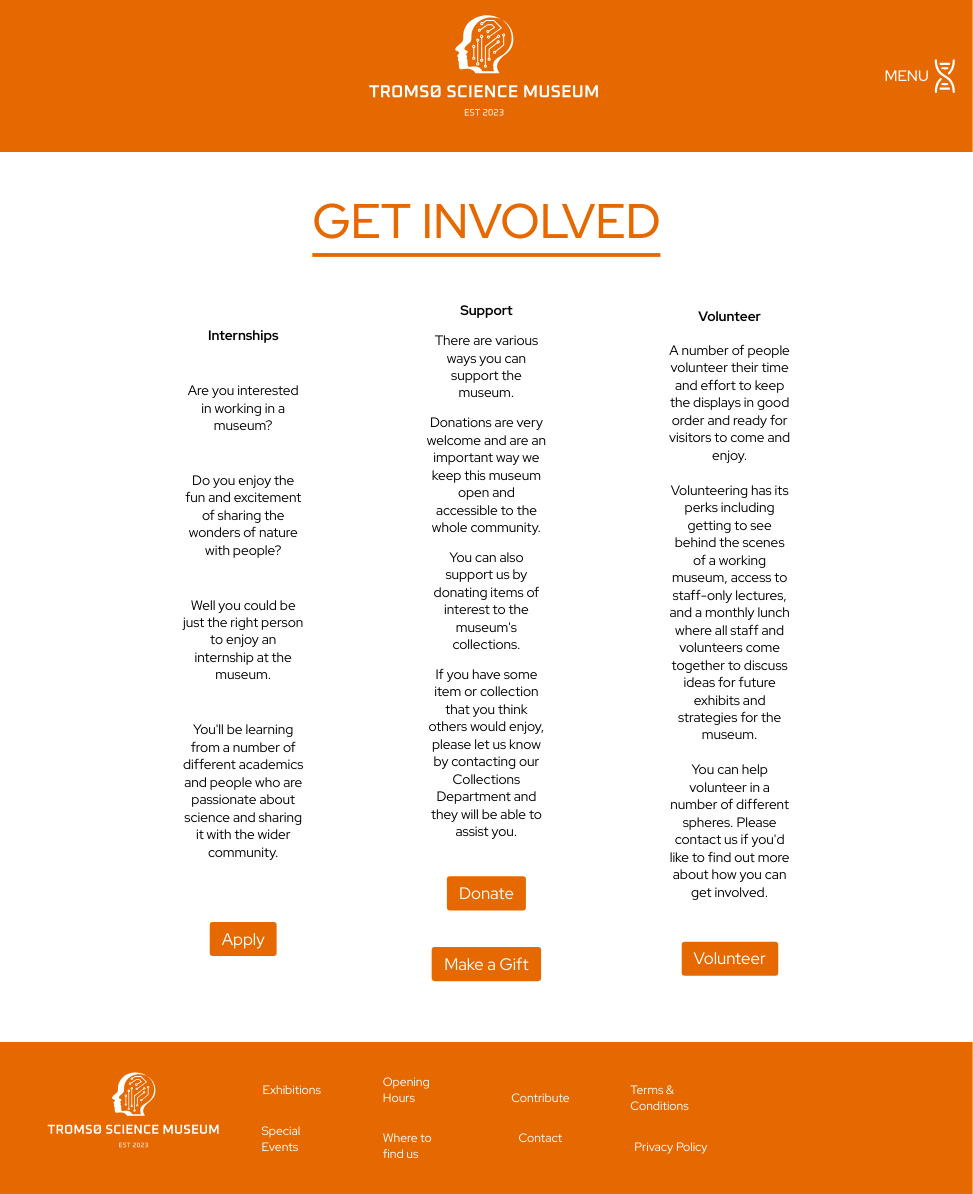
Repository: benjaminskarding/Semester-Project
Page: contribute.html
These files come from the project's save history. The page is drawn as it stood at one moment and after the next save; the edit follows.
The browser window is 1280 px wide. The pictures show the whole page, at 76% of full size.

Above is the page before, as saved 2023-12-19 12:19:46.

### contribute.html
<!DOCTYPE html>
<html lang="en">
<head>
    <meta charset="UTF-8">
    <meta name="viewport" content="width=device-width, initial-scale=1.0">
    <meta name="description" content="Contribute to our community or projects. Find out how to submit content, donate, or participate in our collaborative efforts. Your support is valued and makes a difference.">
    <link rel="stylesheet" href="src/css/contribute.css">
    <link rel="icon" type="image/png" sizes="32x32" href="assets/images/favicon/favicon-32x32.png">
    <link rel="icon" type="image/png" sizes="16x16" href="assets/images/favicon/favicon-16x16.png">
    <link rel="preconnect" href="https://fonts.googleapis.com">
    <link rel="preconnect" href="https://fonts.gstatic.com" crossorigin>
    <link href="https://fonts.googleapis.com/css2?family=Red+Hat+Display:wght@300;400;500;600;700;800&display=swap" rel="stylesheet">
    <title>Contact Us</title>
</head>
<body>
  <div class="page-container">
    <header class="header-collection">
        <div class="header-wrapper">
            <nav class="header-main-nav">
                <div class="header-nav-left-placeholder"></div>
                <div class="header-nav-center-logo">
                    <a href="index.html" aria-label="Go to homepage">
                        <img class="logo" src="assets/images/logo/whitelogo.svg" alt="company logo">
                    </a>
                </div>
                <div class="header-nav-right">
                    <label for="menuToggle" class="menu-button" aria-label="Open Menu"> <!--toggles overlay-->
                        <span class="white">MENU</span>
                        <img src="assets/images/icons/helix.svg" class="menuIcon" alt="navigation menu icon">
                    </label>
                </div>
            </nav>
        </div>
        <!--Overlay-->
        <input type="checkbox" id="menuToggle" class="menu-toggle-checkbox" style="display: none;">
        <div class="hamburger-overlay-2" id="menuOverlay" aria-label="Menu overlay">
            <div class="overlay-header">
                <h3 class="medium underline cU-white">Menu</h3>
                <label for="menuToggle" class="overlay-close-btn" aria-label="Close menu">&times;</label>
            </div>
            <div class="overlayOptionsContainer">
                <a href="index.html">
                <h6 class="menu-item">Home</h6>
                </a>
                <a href="exhibitions.html">
                <h6 class="menu-item">Exhibitions</h6>
                </a>
                <a href="exhibitions.html#specEvents">
                <h6 class="menu-item">Special Events</h6>
                </a>
                <a href="contribute.html">
                <h6 class="menu-item">Contribute to the Museum</h6>
                </a>
                <a href="contact.html">
                <h6 class="menu-item">Contact</h6>
                </a>
                <a href="terms_conditions.html">
                <h6 class="menu-item">Terms & Conditions</h6>
                </a>
                <a href="privacy_policy.html">
                <h6 class="menu-item">Privacy Policy</h6>
                </a>
            </div>
            <div class="overlayLogoContainer">
                <img src="assets/images/logo/whitelogo.svg" class="overlayLogo" alt="company logo in hamburger overlay">
            </div>
        </div>
    </header>

    <div class="main-grid">
        <div class="title">
          <h2 class="orange underline">GET INVOLVED</h2>
        </div>
        <div class="main-content">
            <div class="leftCol">
              <p class="bold">Internships</p>
              <p>Are you interested in working in a museum?</p>
              <p>Do you enjoy the fun and excitement of sharing the wonders of nature with people?</p>
              <p>Well you could be just the right person to enjoy an internship at the museum.</p>
              <p>You'll be learning from a number of different academics and people who are passionate about science and sharing it with the wider community.</p>
              <div class="button-container">
                <button>Apply</button>
              </div>
            </div>
            <div class="centCol">
              <p class="bold">Support</p>
              <p>There are various ways you can support the museum.</p>
              <p>Donations are very welcome and are an important way we keep this museum open and accessible to the whole community.</p>
              <p>You can also support us by donating items of interest to the museum's collections.</p>
              <p>If you have some item or collection that you think others would enjoy, please let us know by contacting our Collections Department and they will be able to assist you.</p>
              <div class="button-container">
                <button>Donate</button>
                <button>Make a Gift</button>
              </div>
            </div>
            <div class="rightCol">
              <p class="bold">Volunteer</p>
              <p>A number of people volunteer their time and effort to keep the displays in good order and ready for visitors to come and enjoy.</p>
              <p>Volunteering has its perks including getting to see behind the scenes of a working museum, access to staff-only lectures, and a monthly lunch where all staff and volunteers come together to discuss ideas for future exhibits and strategies for the museum.</p>
              <p>You can help volunteer in a number of different spheres. Please contact us if you'd like to find out more about how you can get involved.</p>
              <div class="button-container">
                <button>Volunteer</button>
              </div>
            </div>
        </div>
    </div>

    <footer id=desktop-footer class="footer">
      <div class="footer-container">
          <div class="footer-left-container">
            <a href="index.html"  aria-label="Back to homepage">
              <img src="assets/images/logo/whitelogo.svg" class="footer-logo" alt="company logo in footer">
            </a>
          </div>
          <div class="footer-center-container">
              <div class="footer-column-1">
                  <a href="exhibitions.html" class="footer-titles">Exhibitions</a>
                  <a href="exhibitions.html#specEvents" class="footer-titles">Special Events</a>
              </div>
              <div class="footer-column-2">
                  <a href="index.html#visit" class="footer-titles">Opening Hours</a>
                  <a href="index.html#visit" class="footer-titles">Where to find us</a>
              </div>
              <div class="footer-column-3">
                  <a href="contribute.html" class="footer-titles">Contribute</a>
                  <a href="contact.html" class="footer-titles">Contact</a>
              </div>
              <div class="footer-column-4">
                  <a href="terms_conditions.html" class="footer-titles">Terms & Conditions</a>
                  <a href="privacy_policy.html" class="footer-titles">Privacy Policy</a>
              </div>
          </div>
          <div class="footer-right-container-placeholder"></div>
      </div>
    </footer>
  </div>
</body>
</html>

### src/css/contribute.css
@import url(common.css);
@import url(_reset.css);
@import url(_variables.css);
@import url(hamburger-overlay-2.css);

.main-grid {
    display: grid;
    grid-gap: 3rem;
    margin: 0 15rem 0 15rem;
    grid-template-columns: auto;
    grid-template-rows: min-content auto;
    grid-template-areas:
        "title"
        "main-content";
}

.main-content { grid-area: main-content }
.title { grid-area: title}

.title {
    display: flex;
    justify-content: center;
    margin-top: 3rem;
}

.main-content {
    display: flex;
    justify-content: space-between;
}

.leftCol,
.rightCol {
    flex: 1;
    display: flex;
    flex-direction: column;
    justify-content: space-evenly;
    text-align: center;
    max-width: 20%;
}

.leftCol p,
.rightCol p,
.centCol p {
    margin-top: 1rem;
}

.centCol {
    text-align: center;
    max-width: 20%;
}

.leftCol .button-container,
.rightCol .button-container {
    margin-top: 0rem;
    width: 100%;
}


button {
    padding: 0.5rem 1rem;
    background-color: var(--color-secondary);
    font-size: 1.375rem;
    font-family: var(--font-primary);
    color: white;
    border: none;
    border-radius: 0.25rem;
    cursor: pointer;
    margin-top: 3rem;
}


@media (max-width: 665px) {

    .main-grid {
        display: grid;
        margin: 0 1rem 5rem;
        grid-gap: 3rem;
        grid-template-columns: auto;
        grid-template-rows: auto;
        grid-template-areas:
            "main-content"
    }

    .main-content,
    .title-bar {
        align-items: center;
        text-align: center;
    }

    .title-bar h3 {
        margin: 0 1rem;
        font-size: 3rem;
    }

    .bpHide-3 {
        display: none;
    }

    label[for="menuToggle"] {
        display: none;
    }
    label[for="menuToggle2"] {
        display: block;
    }

    .hamburger-overlay-2 {
        display: block;
        width: 100%;
    }

}

### src/css/common.css
body, html {
    min-height: 100vh;
    width: 100%;
    margin: 0;
    overflow-x: hidden;
}

a {
    text-decoration: none;
    cursor: pointer;
    color: inherit;
}

.page-container {      /* fjern? */
    display: grid;
    grid-template-rows: auto 1fr auto;
    min-height: 100vh;
}

.underline {
    position: relative;
    display: inline-block;
}

.underline::after {
    content: '';
    position: absolute;
    left: 0;
    bottom: -5px;
    width: 100%;
    height: 5px;
    background-color: #E66800;
}

.cU-white::after {
    background-color: white;
}

input:focus,
textarea:focus,
select:focus,
button:focus {
outline: none;
}

/* Common header. [Landing page has specific styles for header] */

.header-collection {
    background-color: var(--color-secondary);
    height: 200px;
}

.header-wrapper {
    margin-left: 1rem;
    margin-right: 1rem;
    height: 200px;
}

.header-main-nav {
    display: flex;
    justify-content: space-between;
    align-items: center;
    width: 100%;
    height: 200px;
}

.header-nav-left-placeholder {
    flex: 1;
    display: flex;
    align-items: center;
}

.header-nav-right {
    flex: 1;
    display: flex;
    justify-content: flex-end;
    font-size: 1.25rem;
    font-weight: var(--font-weight-medium);
}

/* Footer */


.footer{
    background-color: var(--color-secondary);
    height: 200px;
    display: flex;
    margin-top: 5rem;
}

.footer-container {
    display: flex;
    align-items: center;
    justify-content: space-between;
    margin-left: 3rem;
    margin-right: 3rem;
    width: 100%;
}

.footer-left-container,
.footer-right-container-placeholder {
    flex: 1;
}

.footer-center-container {
    display: flex;
    justify-content: center;
    align-items: center;
    flex: 2;
    gap: 5rem;
}

.footer-column-1,
.footer-column-2,
.footer-column-3,
.footer-column-4 {
    display: flex;
    flex-direction: column;
    align-items: center;
}

.footer-logo {
    height: 150px;
}

.footer-titles {
    display: flex;
    margin-bottom: 1rem;
    margin-top: 1rem;
    color: white;
}

/* Main content */

.title-bar {
    display: grid;
    grid-gap: 2rem;
    grid-template-columns: auto;
    grid-template-rows: auto;
    align-items: center;
    height: 150px;
    width: 100%;
    background-color: var(--color-secondary);
}

.title-bar h3 {
    margin-left: 3rem;
}

.sidebar {
    display: flex;
    flex-direction: column;
    align-items: center;
    position: relative;
    background-color: #E66800;
    height: 100%;
}

/* Overlay 1 */

.hamburger-overlay {
    position: absolute;
    display: flex;
    flex-direction: column;
    justify-content: flex-start;
    top: 0;
    right: 0;
    bottom: 0;
    left: 0;
    background-color: transparent;
    z-index: 1000;
    visibility: hidden;
    transform: translateX(100%);
    transition: transform 0.3s;

}

.menu-button {
    display: flex;
    align-items: center;
    cursor: pointer;
}

.menu-toggle-checkbox:checked ~ .sidebar .hamburger-overlay {  /* Checkbox hack */
    visibility: visible;
    transform: translateX(0);
}

.overlay-header {
    display: flex;
    justify-content: space-between;
    margin-left: 1rem;
}

.overlayOptionsContainer {
    height: 100%;
}

.menu-item {
    margin: 2rem 1rem;
    color: white;
}

.overlayLogoContainer {
    display: flex;
    justify-content: center;
}

.overlayLogo {
    width: 50%;
    max-height: 200px;
}

.overlay-close-btn {
    padding-top: 1rem;
    margin-right: 1rem;
    color: white;
    font-size: 2rem;
    background: none;
    border: none;
    cursor: pointer;
}

/* Special Events Section */

.specEvents {
    display: flex;
    flex-direction: column;
}

.specContent {
    text-align: center;
    margin-top: 5rem;
}

.specEventTitle  {
    margin-bottom: 5rem;
}

/* Special Events Dropdown Arrow */

.arrow {
    transition: transform 0.3s ease;
    width: 36px;
    height: 36px;
    vertical-align: middle;
    display: inline-block;
}

.toggle {
    display: none;
}

.toggle-label {
    cursor: pointer;
    display: inline-block;
    padding: 1rem;
    color: inherit;
    vertical-align: middle;
    color: var(--color-secondary);
    font-size: 2.25rem;
}

.toggle:checked + .toggle-label .arrow {
    transform: rotate(180deg);
}

/* Special Events Dropdown Content */

.content {
    display: none;
    padding: 1rem;
}

.toggle:checked ~ .content {
    display: block;
}

.specEventMainText {
    font-size: 3.625rem;
}



/* Media Queries */

#mobileFooter {
    display: none;
}


@media (max-width: 1502px) {
    .bpCommonHide1 {
        display: none;
    }
}

@media (max-width: 1020px) {
    .bpHide-2 {
        display: none;
    }

    .overlay-header h3 {
        font-size: 2.25rem;
    }

    .overlayLogo {
        width: 75%;
    }

    .menuIcon {
        height: 45px;
    }
}

@media (max-width: 800px) {

    #desktopFooter {
        display: none;
    }
    #mobileFooter {
        display: flex;
    }

    .footer-center-container {
        display: flex;
        justify-content: center;
        align-items: center;
        flex-wrap: wrap;
        gap: 5rem;
        margin-left: auto;
        margin-right: auto;
        width: 100%;
    }

    .footer-titles {
        display: flex;
        margin-bottom: 0.5rem;
        margin-top: 0.5rem;
        color: white;
    }

}


@media (max-width: 665px) {
    .logo {
        height: 150px;
    }
}

@media (max-width: 632px) {

    .footer-center-container {
        gap: 1rem;
    }
}

@media (max-width: 370px) {

}

### src/css/_reset.css
*, *:before, *:after {
    box-sizing: inherit;
  }

  body {
    box-sizing: border-box;
    min-height: 100vh;
    margin: 0;
  }

### src/css/_variables.css
:root{
    --color-primary: white;
    --color-secondary: #E66800;

    --font-primary: 'Red Hat Display', sans-serif;
    --font-size: 16px;
    --font-weight-regular: 400;
    --font-weight-medium: 500;
    --font-weight-semibold: 600;
    --font-weight-bold: 700;
}

/* Font Related */

.medium {
    font-weight: 500
}

.regular {
    font-weight: 400;
}

.semibold {
    font-weight: 600;
}

strong, .bold {
    font-weight: var(--font-weight-bold)
}

body {
    font-family: var(--font-primary)
}


h1,h2,h3,h4 {
    color: var(--color-primary)
}

h1,h2,h3,h4,h5,h6,p {
    font-family: var(--font-primary);
    margin: 0;
    padding: 0;
}

h1 {
    font-size: 6rem; /* 96px */
}

h2 {
    font-size: 4rem; /* 64px */
    font-weight: var(--font-weight-medium);
}

h3 {
    font-size: 3.625rem;  /* 58px */
}

h4 {
    font-size: 3rem; /* 48px*/
}

h5 {
    font-size: 2.25rem; /*36px*/
    font-weight: var(--font-weight-medium)
}

h6 {
    font-size: 1.375rem; /*22px*/
    font-weight: var(--font-weight-medium);
}


p {
    font-size: 1.125rem;    /* 18px */
}

/* Styling / Misc Variables */

.white {
    color:white;
}

.orange {
    color: var(--color-secondary)
}

.lastpar {
    margin-bottom: 2rem;
}

.nowrap {
    white-space: nowrap;
}

### src/css/hamburger-overlay-2.css
/* Hamburger overlay 2 */

.hamburger-overlay-2 {
    position: fixed;
    top: 0;
    right: 0;
    height: 100%;
    width: 33%;
    background-color: var(--color-secondary);
    transform: translateX(100%);
    transition: transform 0.3s;
    display: flex;
    flex-direction: column;
    z-index: 1000;
}

.menu-toggle-checkbox:checked ~ .hamburger-overlay-2 {
    transform: translateX(0);
}

.overlay-header {
    margin-top: 3rem;
}

.overlayLogoContainer {
    display: flex;
    flex-direction: column;
    justify-content: flex-end;
    align-items: center;
}

After the next save:
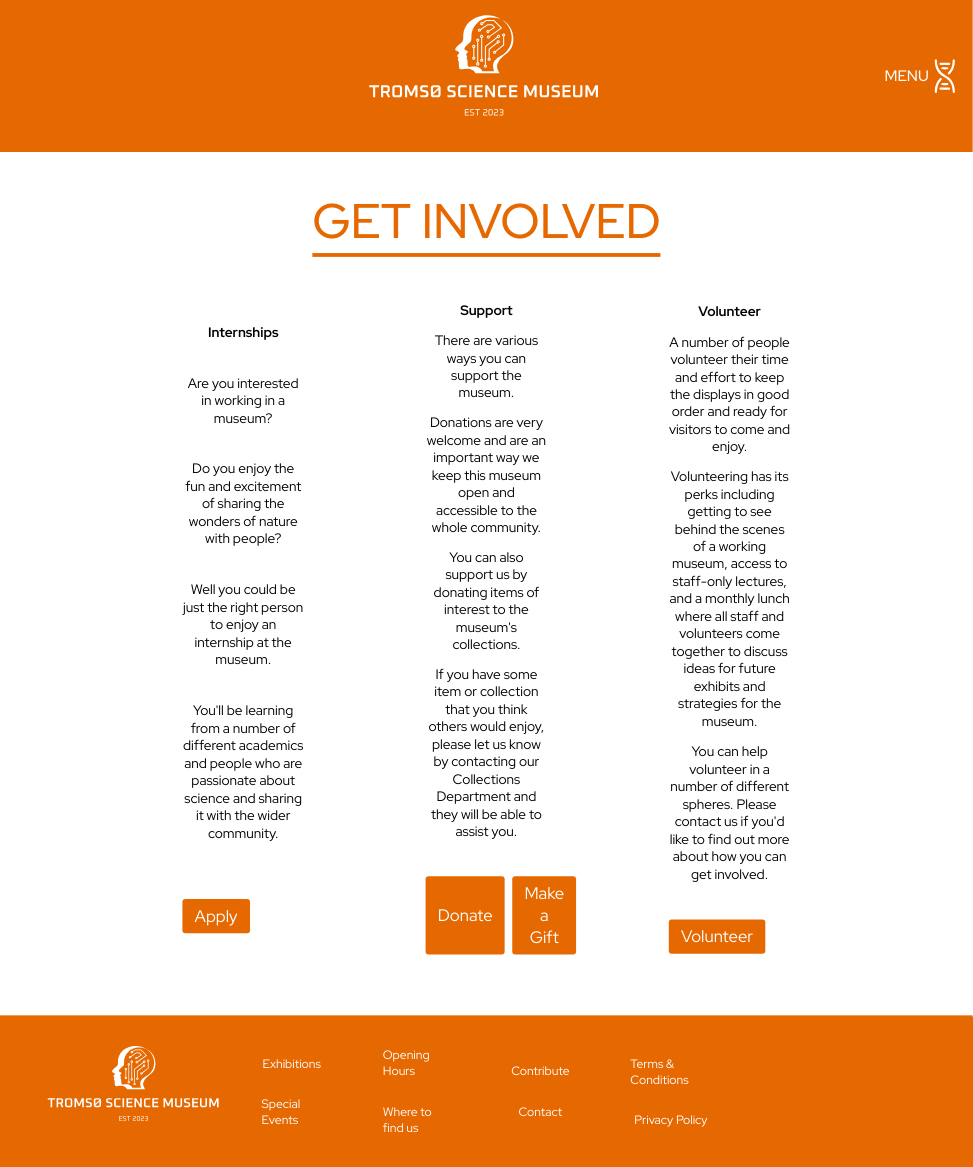
Saved 93 s later.
--- a/src/css/contribute.css
+++ b/src/css/contribute.css
@@ -55,6 +55,10 @@
     width: 100%;
 }
 
+.button-container {
+    display: flex; /* or 'display: grid;' */
+    gap: 10px; /* Adjust the value as needed */
+}
 
 button {
     padding: 0.5rem 1rem;

After the save that followed:
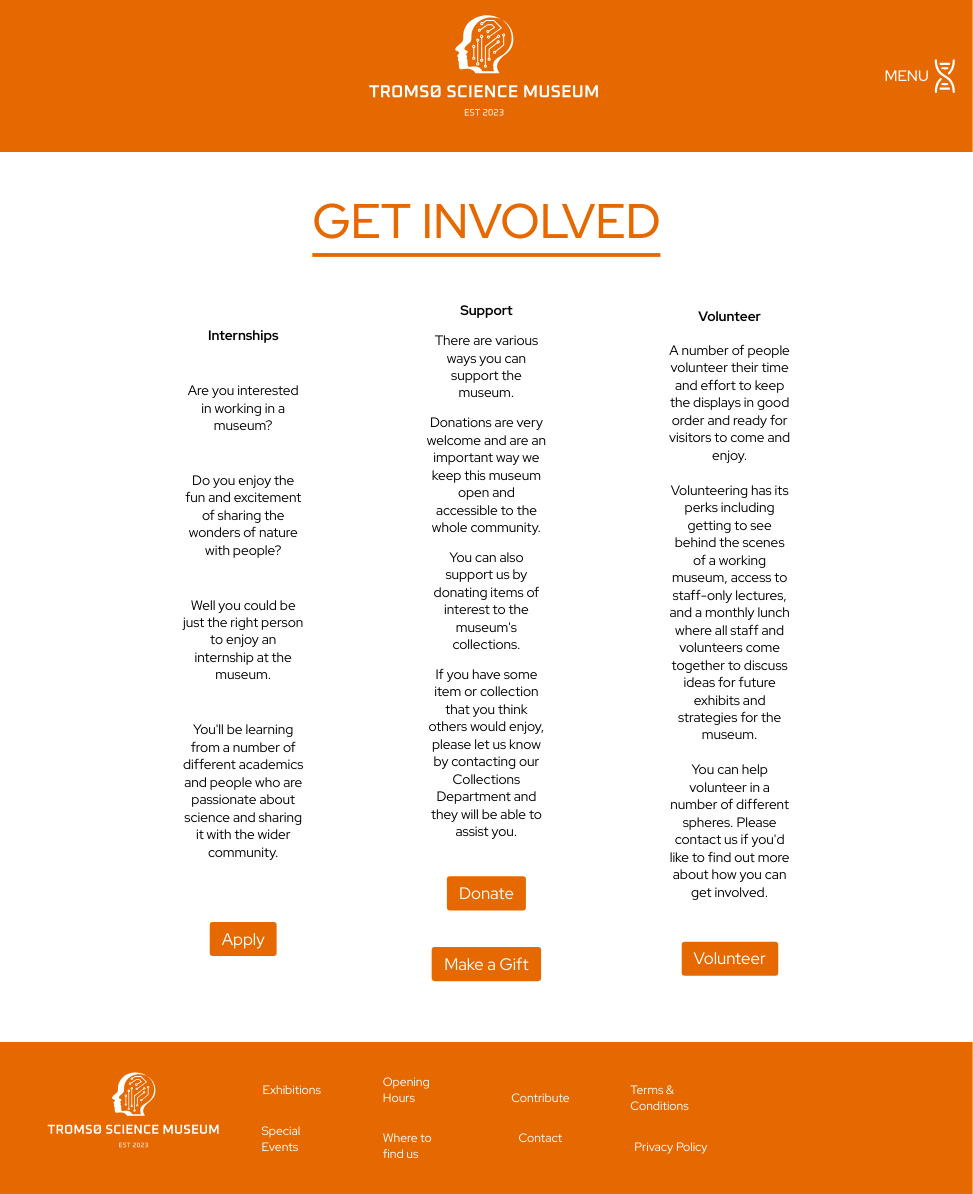
Saved 10 s later.
--- a/src/css/contribute.css
+++ b/src/css/contribute.css
@@ -55,10 +55,6 @@
     width: 100%;
 }
 
-.button-container {
-    display: flex; /* or 'display: grid;' */
-    gap: 10px; /* Adjust the value as needed */
-}
 
 button {
     padding: 0.5rem 1rem;
